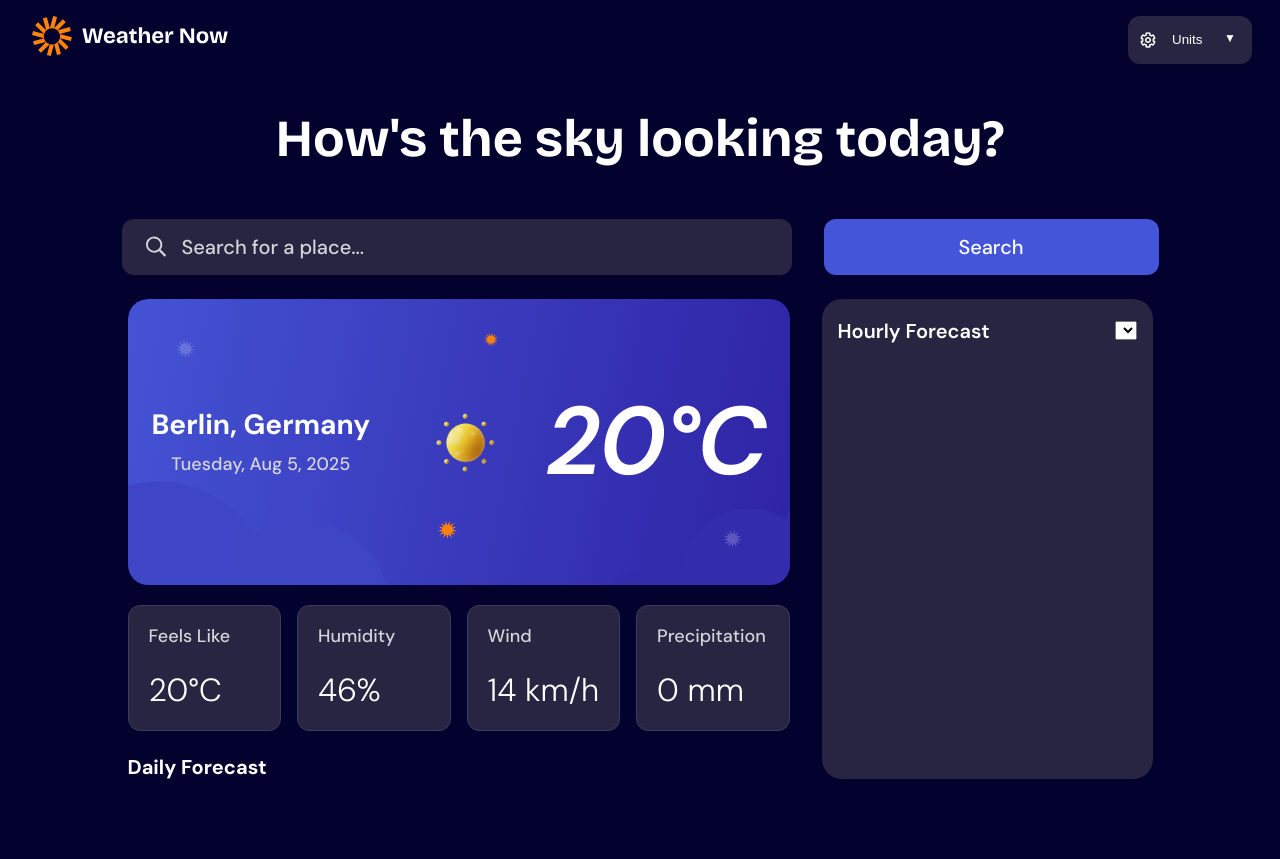
Repository: MKwaak/weather-app-main
Page: index.html
The author's editor kept a copy of each file at every save. The page is drawn from the files as they stood at one save, then again after the next save.
The browser window is 1280 px wide. The pictures show the whole page.
The page's requests for data from a server got no answer.

Above is the page before, as saved 2026-01-27 22:51:51.

### index.html
<!doctype html>
<html lang="en">
  <head>
    <meta charset="UTF-8" />
    <meta name="viewport" content="width=device-width, initial-scale=1.0" />
    <!-- displays site properly based on user's device -->

    <link
      rel="icon"
      type="image/png"
      sizes="32x32"
      href="/assets/images/favicon-32x32.png"
    />

    <title>Frontend Mentor | Weather app</title>
    <link rel="stylesheet" href="/style.css" />
    <script src="/script.js" defer></script>

    <!-- Feel free to remove these styles or customise in your own stylesheet 👍 -->
    <style>
      .attribution {
        font-size: 11px;
        text-align: center;
      }
      .attribution a {
        color: hsl(228, 45%, 44%);
      }
    </style>
  </head>
  <body>
    <a href="#main" class="skip-link visually-hidden">skip to main content</a>

    <header class="header wrapper">
      <div class="header__content">
        <a class="header__homelink" href="/">
          <img
            class="header__logo"
            src="/assets/images/logo.svg"
            alt="Weather Now Home"
            width="197"
            height="40"
          />
        </a>

        <div class="header__units">
          <label for="ddlUnits" class="visually-hidden"
            >Temperature units</label
          >

          <div class="header__select">
            <select class="header__dropdown" name="units" id="ddlUnits">
              <option value="">Units</option>
              <option value="C">Celsius</option>
              <option value="F">Fahrenheit</option>
            </select>
          </div>
        </div>
      </div>
    </header>

    <main id="main" class="main wrapper">
      <section class="hero">
        <div class="hero__content">
          <h1 class="hero__title">How's the sky looking today?</h1>

          <form class="hero__search">
            <label for="search" class="visually-hidden">Search Location</label>
            <input
              type="text"
              id="search"
              class="hero__textbox"
              placeholder="Search for a place..."
            />
            <button class="hero__button" type="submit">Search</button>
          </form>
        </div>
      </section>

      <div class="dashboard">
        <section class="current">
          <h2 class="visually-hidden">Current Location Temperature</h2>

          <div class="current__content">
            <div class="current__weather">
              <div class="current__location">
                <div id="divCityCountry" class="current__city">
                  Berlin, Germany
                </div>
                <div id="divCurrentDate" class="current__date">
                  Tuesday, Aug 5, 2025
                </div>
              </div>

              <div class="current__info">
                <img
                  class="current__icon"
                  src="/assets/images/icon-sunny.webp"
                  alt=""
                  width="320"
                  height="320"
                />
                <div id="divCurrentTemp" class="current__temp">
                  <span>20</span>°C
                </div>
              </div>
            </div>

            <div class="current__conditions">
              <div class="block current__condition">
                <p class="current__condition-title">Feels Like</p>
                <p id="feels-like" class="current__condition-value">20°C</p>
              </div>

              <div class="block current__condition">
                <p class="current__condition-title">Humidity</p>
                <p id="humidity" class="current__condition-value">46%</p>
              </div>

              <div class="block current__condition">
                <p class="current__condition-title">Wind</p>
                <p id="wind" class="current__condition-value">14 km/h</p>
              </div>

              <div class="block current__condition">
                <p class="current__condition-title">Precipitation</p>
                <p id="precipitation" class="current__condition-value">0 mm</p>
              </div>
            </div>
          </div>
        </section>

        <section class="daily">
          <h2 class="section__title daily__title">Daily Forecast</h2>
          <div class="daily__forecast" id="dailyForecast"></div>
        </section>

        <section class="hourly">
          <div class="hourly__content">
            <div class="hourly__header">
              <h2 class="section__title hourly__title">Hourly Forecast</h2>
              <label for="hourlyDay" class="visually-hidden">Select day</label>
              <select
                name="hourly-day"
                id="hourlyDay"
                class="hourly__timeframe-select"
              >
                <!-- JS will inject current day -->
              </select>
            </div>

            <div class="hourly__hours" id="hourlyForecast">
              <!-- JS will inject hourly blocks here -->
            </div>
          </div>
        </section>
      </div>
    </main>
  </body>
</html>

### style.css
@layer global {
  /* dm-sans-300 - latin */
  @font-face {
    font-display: swap; /* Check https://developer.mozilla.org/en-US/docs/Web/CSS/@font-face/font-display for other options. */
    font-family: "DM Sans";
    font-style: normal;
    font-weight: 300;
    src: url("/assets/fonts/dm-sans-v17-latin-300.woff2") format("woff2"); /* Fixed path */
  }
  /* dm-sans-500 - latin */
  @font-face {
    font-display: swap; /* Check https://developer.mozilla.org/en-US/docs/Web/CSS/@font-face/font-display for other options. */
    font-family: "DM Sans";
    font-style: normal;
    font-weight: 500;
    src: url("/assets/fonts/dm-sans-v17-latin-500.woff2") format("woff2"); /* Fixed path */
  }
  /* dm-sans-600 - latin */
  @font-face {
    font-display: swap; /* Check https://developer.mozilla.org/en-US/docs/Web/CSS/@font-face/font-display for other options. */
    font-family: "DM Sans";
    font-style: normal;
    font-weight: 600;
    src: url("/assets/fonts/dm-sans-v17-latin-600.woff2") format("woff2"); /* Fixed path */
  }
  /* dm-sans-600italic - latin */
  @font-face {
    font-display: swap; /* Check https://developer.mozilla.org/en-US/docs/Web/CSS/@font-face/font-display for other options. */
    font-family: "DM Sans";
    font-style: italic;
    font-weight: 600;
    src: url("/assets/fonts/dm-sans-v17-latin-600italic.woff2") format("woff2"); /* Fixed path */
  }
  /* dm-sans-700 - latin */
  @font-face {
    font-display: swap; /* Check https://developer.mozilla.org/en-US/docs/Web/CSS/@font-face/font-display for other options. */
    font-family: "DM Sans";
    font-style: normal;
    font-weight: 700;
    src: url("/assets/fonts/dm-sans-v17-latin-700.woff2") format("woff2"); /* Fixed path */
  }

  /* bricolage-grotesque-regular - latin */
  @font-face {
    font-display: swap; /* Check https://developer.mozilla.org/en-US/docs/Web/CSS/@font-face/font-display for other options. */
    font-family: "Bricolage Grotesque";
    font-style: normal;
    font-weight: 400;
    src: url("/assets/fonts/bricolage-grotesque-v9-latin-regular.woff2")
      format("woff2"); /* Fixed path */
  }
  /* bricolage-grotesque-700 - latin */
  @font-face {
    font-display: swap; /* Check https://developer.mozilla.org/en-US/docs/Web/CSS/@font-face/font-display for other options. */
    font-family: "Bricolage Grotesque";
    font-style: normal;
    font-weight: 700;
    src: url("/assets/fonts/bricolage-grotesque-v9-latin-700.woff2")
      format("woff2"); /* Fixed path */
  }

  :root {
    --c-neutral-900: hsl(243, 96%, 9%);
    --c-neutral-800: hsl(243, 27%, 20%);
    --c-neutral-700: hsl(243, 23%, 24%);
    --c-neutral-600: hsl(243, 23%, 30%);
    --c-neutral-300: hsl(240, 6%, 70%);
    --c-neutral-200: hsl(250, 6%, 84%);
    --c-neutral-0: hsl(0, 0%, 100%);
    --c-orange-500: hsl(28, 100%, 52%);
    --c-blue-500: hsl(233, 67%, 56%);
    --c-blue-700: hsl(248, 70%, 36%);

    --color-main-bg: var(--c-neutral-900);
    --color-panel-bg-dark: var(--c-neutral-800);
    --color-panel-bg-dark-hover: var(--c-neutral-700);
    --color-panel-bg-medium: var(--c-neutral-700);
    --color-panel-bg-light: var(--c-neutral-600);
    --color-panel-border: var(--c-neutral-600);
    --color-text-light: var(--c-neutral-0);
    --color-text-med-light: var(--c-neutral-200);
    --color-button-bg: var(--c-blue-500);
    --color-button-bg-hover: var(--c-blue-700);

    --fs-96: calc(96 / 16 * 1rem);
    --fs-52: calc(52 / 16 * 1rem);
    --fs-32: calc(32 / 16 * 1rem);
    --fs-28: calc(28 / 16 * 1rem);
    --fs-20: calc(20 / 16 * 1rem);
    --fs-18: calc(18 / 16 * 1rem);
    --fs-16: calc(16 / 16 * 1rem);
    --fs-14: calc(14 / 16 * 1rem);

    --font-size-h1: var(--fs-52);
    --font-size-dropdown: var(--fs-14);
    --font-size-search: var(--fs-20);
    --font-size-city: var(--fs-28);
    --font-size-date: var(--fs-18);
    --font-size-temp: var(--fs-96);
    --font-size-panel-title: var(--fs-18);
    --font-size-panel-value: var(--fs-32);
    --font-size-forecast-title: var(--fs-20);
    --font-size-forecast-day: var(--fs-18);
    --font-size-forecast-temp: var(--fs-16);
    --font-size-forecast-dropdown: var(--fs-16);
    --font-size-forecast-hour: var(--fs-20);

    @media (width >= calc(700 / 16 * 1rem)) {
      --font-size-dropdown: var(--fs-16);
    }

    --color-white: hsl(0, 0%, 100%);
    --color-light-blue: hsl(223, 64%, 98%);
    --color-light-grayish-blue: hsl(223, 23%, 93%);
    --color-dark-grayish-blue: hsl(219, 14%, 63%);
    --color-very-dark-blue: hsl(218, 23%, 16%);
    --font-family-primary: "DM Sans", sans-serif; /* Removed duplicate */
    --font-family-secondary:
      "Bricolage Grotesque", sans-serif; /* Removed duplicate */
  }

  *,
  *::before,
  *::after {
    box-sizing: border-box;
  }
  * {
    margin: 0;
  }

  img {
    max-width: 100%;
  }

  body {
    font-family: "DM Sans", Arial, Helvetica, sans-serif;
    font-weight: 500;
    background-color: var(--color-main-bg);
    color: var(--color-text-light);
    line-height: 1.2;
    padding-block-end: 80px;
  }

  h1 {
    font-family: "Bricolage Grotesque", Arial, Helvetica, sans-serif;
  }

  input,
  button,
  textarea {
    font: inherit;
    width: 100%;
    border: none;
  }

  .wrapper {
    display: grid;
    grid-template-columns: 1fr calc(100% - 32px) 1fr;

    @media (width >= calc(700 / 16 * 1rem)) {
      grid-template-columns:
        1fr min(calc(100% - 48px), calc(1216 / 16 * 1rem))
        1fr; /* Fixed placeholder */
    }

    > * {
      grid-column: 2;
    }
  } /* Added missing closing brace for @layer global */

  .visually-hidden {
    position: absolute;
    left: -10000px;
    top: auto;
    width: 1px;
    height: 1px;
    overflow: hidden;
  }

  .main {
    width: 100%;
    max-width: 1280px; /* pick a number and stick to it */
    margin-inline: auto;
    padding-inline: 24px;
  }

  .dashboard {
    display: grid;
    gap: 32px;
    grid-template-areas:
      "current"
      "daily"
      "hourly";
    @media (width >= calc(1000 / 16 * 1rem )) {
      gap: 48px 32px;
      grid-template-columns: minmax(0, 2fr) minmax(0, 1fr);
      grid-template-areas:
        "current current hourly"
        "daily daily hourly";
    }
  }

  .block {
    background-color: var(--color-panel-bg-dark);
    border: 1px solid var(--color-panel-border);
    border-radius: 12px;
  }

  .visually-hidden {
    position: absolute !important;
    width: 1px;
    height: 1px;
    padding: 0;
    margin: -1px;
    overflow: hidden;
    clip: rect(0, 0, 0, 0);
    clip-path: inset(50%);
    white-space: nowrap;
    border: 0;
  }

  .skip-link:focus {
    position: absolute;
    left: 16px;
    right: 16px;
    width: auto;
    height: auto;
    margin: 0;
    clip-path: none;
    white-space: normal;
    background-color: var(--color-main-bg);
    color: var(--color-text-light);
    padding: 10px 14px;
    z-index: 1000;
  }
}

@layer component {
  .header {
    .header__content {
      display: flex;
      align-items: center;
      justify-content: space-between;
      padding-block-start: 16px;
    }

    .header__homelink {
    }
    .header__logo {
      width: calc(137 / 16 * 1rem);

      @media screen and (width >= calc(700 / 16 * 1rem)) {
        width: calc(197 / 16 * 1rem);
      }
    }

    .header__select {
      position: relative;
      width: 120px;
      height: 44px;
      overflow: visible; /* important for debugging */
    }

    .header__select::after {
      content: "▼";
      position: absolute;
      right: 12px;
      top: 50%;
      transform: translateY(-50%);
      font-size: 12px;
      color: white;
      pointer-events: none;
    }

    .header__dropdown {
      /*background-image: url("/assets/images/icon-units.svg"); This line is in HTML */
      appearance: none;
      -webkit-appearance: none;
      -moz-appearance: none;

      height: 48px;
      padding: 0 1rem 0 2.75rem;
      line-height: 48px;

      background-color: var(--color-panel-bg-dark);
      background-image: url("/assets/images/icon-units.svg");
      background-repeat: no-repeat;
      background-position: 0.75rem center;
      background-size: 16px;

      color: var(--color-text-light);
      border: none;
      border-radius: 12px;
      cursor: pointer;
    }
  }

  .hero {
    .hero__content {
      display: grid;
      justify-items: stretch; /* Dwingt kinderen om breedte te pakken */
      padding-block-start: 48px;
      width: 100%;
    }

    .hero__title {
      font-size: var(--font-size-h1);
      margin-block-end: 48px;
      text-align: center;
      line-height: 1.2;

      @media (width < calc(1000 / 16 * 1rem)) {
        max-width: 15ch;
      }
    }

    /* Hero search container */
    .hero__search {
      display: grid;
      grid-template-columns: 1fr;
      gap: 16px;

      /* MATCH DE DASHBOARD-LOGICA: */
      width: 100%;
      max-width: 1037px; /* Zorg dat dit exact gelijk is aan de max-width van je dashboard */
      margin-inline: auto; /* Dit centreert de balk, net zoals bij het dashboard */
      margin-block-end: 24px;

      @media (min-width: calc(1000 / 16 * 1rem)) {
        /* Gebruik exact dezelfde kolommen en gap als in je dashboard */
        grid-template-columns: 2fr 1fr;
        gap: 32px;
        align-items: center;
      }
    }

    /* Input box */
    .hero__textbox {
      appearance: none;
      -webkit-appearance: none;

      background-color: var(--color-panel-bg-dark);
      background-image: url("/assets/images/icon-search.svg");
      background-repeat: no-repeat;
      background-position: 24px center;
      color: var(--color-text-light);
      font-size: var(--font-size-search);
      padding: 16px 20px 16px 60px;
      border: none;
      border-radius: 12px;
      width: 100%; /* fill available space in grid */
      min-width: 0; /* allow shrinking in grid */
      box-sizing: border-box; /* include padding in width */
    }

    /* remove default focus outline */
    .hero__textbox:focus {
      outline: none;
    }

    /* accessible keyboard focus */
    .hero__textbox:focus-visible {
      box-shadow: 0 0 0 2px var(--color-panel-border);
    }

    /* placeholder text */
    .hero__textbox::placeholder {
      color: var(--color-text-med-light);
    }

    /* hover */
    .hero__textbox:hover {
      background-color: var(--color-panel-bg-dark-hover);
    }

    .hero__textbox:-webkit-autofill {
      -webkit-box-shadow: 0 0 0 1000px var(--color-panel-bg-dark) inset;
      -webkit-text-fill-color: var(--color-text-light);
    }

    /* Search button */
    .hero__button {
      background-color: var(--c-blue-500);
      border-radius: 12px;
      font-size: var(--font-size-search);
      color: var(--color-text-light);
      padding: 16px 24px; /* keep top/bottom padding */
      transition: background-color 120ms ease-in-out;
      height: 100%; /* match input height when side-by-side */
    }

    .hero__button:hover {
      /* Fixed nested selector */
      background-color: var(--color-button-bg-hover);
      cursor: pointer;
    }
  }

  .current {
    grid-area: current;

    .current__weather {
      display: flex;
      flex-direction: column;
      gap: 16px;
      margin-block-end: 20px;
      padding: 40px 24px;
      background-image: url(/assets/images/bg-today-small.svg);
      background-repeat: no-repeat;
      background-color: var(--c-blue-700);
      background-size: cover;
      background-position: center-bottom;
      border-radius: 20px;
      overflow: hidden;

      @media (width >= calc(700 / 16 * 1rem)) {
        flex-direction: row;
        justify-content: space-between;
        align-items: center;
        background-image: url(/assets/images/bg-today-large.svg);
        padding-block: 83px;
      }
    }

    .current__location {
      text-align: center;
    }

    .current__city {
      font-size: var(--font-size-city);
      font-weight: 700;
      margin-block-end: 12px;

      white-space: nowrap; /* Dwingt de naam op één regel */
      overflow: hidden; /* Verbergt wat buiten de bak steekt */
      text-overflow: ellipsis; /* Plakt automatisch '...' aan het eind als het te lang is */
    }

    .current__date {
      font-size: var(--font-size-date);
      color: var(--color-text-med-light);
    }

    .current__info {
      display: flex;
      align-items: center;
      gap: 20px;
    }

    .current__icon {
      width: 120px;
      height: auto;
    }

    .current__temp {
      font-size: var(--font-size-temp);
      line-height: 1;
      letter-spacing: -0.02em;
      font-weight: 600;
      font-style: italic;
    }

    .current__conditions {
      display: grid;
      grid-template-columns: repeat(2, 1fr);
      gap: 16px;

      @media (width >= calc(700 / 16 * 1rem)) {
        grid-template-columns: repeat(4, 1fr);
      }

      .current__condition {
        padding: 20px;
      }

      .current__condition-title {
        font-size: var(--font-size-panel-title);
        color: var(--color-text-med-light);
        margin-block-end: 24px;
      }

      .current__condition-value {
        font-size: var(--font-size-panel-value);
        font-weight: 300;
      }
    }
  }

  .daily {
    grid-area: daily;
  }

  .daily__title {
    font-size: var(--font-size-forecast-title);
  }

  .daily__forecast {
    display: grid;
    grid-template-columns: repeat(3, 1fr);
    gap: 16px;

    @media (width >= calc(700 / 16 * 1rem)) {
      grid-template-columns: repeat(7, 1fr);
    }
  }

  .daily__day {
    display: grid;
    justify-items: center;
    gap: 16px;
    padding: 16px 10px;
    text-align: center;
  }

  .daily__day-title {
    font-size: var(--font-size-forecast-day);
  }

  .daily__day-icon {
    width: 60px;
    height: auto;
  }

  .daily__day-temps {
    display: flex;
    justify-content: space-between;
    font-size: var(--font-size-forecast-temp);
    justify-self: stretch;
    /*width: 100%;*/
  }

  .daily__day-high {
  }

  .daily__day-low {
    color: var(--color-text-med-light);
  }
}

.hourly {
  grid-area: hourly;
  display: flex;
  flex-direction: column;
  height: 100%; /* 👈 allow full grid height */
  background-color: var(--color-panel-bg-dark);
  border-radius: 20px;
  padding: 20px 16px;
}

.hourly__header {
  display: flex;
  justify-content: space-between;
  align-items: center;
  margin-block-end: 16px;
}

.hourly__title {
  font-size: var(--font-size-forecast-title);
  font-weight: 600;
}

.hourly__select {
}

.hourly__select-day {
}

/* Hourly container */
.hourly__hours {
  flex: 1; /* fill remaining height of .hourly */
  display: flex;
  flex-direction: column; /* stack vertically */
  gap: 12px; /* spacing between hour blocks */
  overflow-y: auto; /* scroll if too many hours */
  padding-right: 4px; /* optional for scrollbar spacing */
}

/* Hourly blocks */
.hourly__hour {
  display: grid;
  grid-template-columns: auto 1fr auto; /* icon | time | temp */
  align-items: center;
  padding: 12px 16px; /* slightly bigger padding for height */
  background-color: var(--color-panel-bg-medium);
  border: 1px solid var(--color-panel-border);
  border-radius: 8px;

  flex: 1 1 0; /* 👈 make each hour block grow equally */
  min-height: 60px; /* optional, keeps them readable */
}

.hourly__hour-icon {
  width: 32px;
  height: 32px;
}

.hourly__hour-time {
  text-align: left;
}

.hourly__hour-temp {
  text-align: right;
}

/* Highlight current hour */
.hourly__hour.current {
  border: 2px solid var(--color-accent);
  background-color: var(--color-panel-bg-light);
}

/* Dashboard wrapper */
.dashboard {
  display: grid;
  row-gap: 24px; /* vertical spacing between panels */
  column-gap: 32px; /* horizontal spacing between columns */
  max-width: 1200px; /* ✅ keeps dashboard centered and not full-width */
  margin: 0 auto; /* center horizontally */
  grid-template-areas:
    "current"
    "daily"
    "hourly";
}

@media (width >= calc(1000 / 16 * 1rem)) {
  .dashboard {
    grid-template-columns: 2fr 1fr; /* left = daily/current, right = hourly */
    grid-template-areas:
      "current hourly"
      "daily   hourly";
  }
}
/* Debug outlines - remove these later
.hero__content {
  outline: 2px solid red !important;
}
.hero__search {
  outline: 2px solid lime !important;
}
.dashboard {
  outline: 2px solid cyan !important;
}
  */

Loaded but not shown: script.js (391 lines, source omitted)

After the next save:
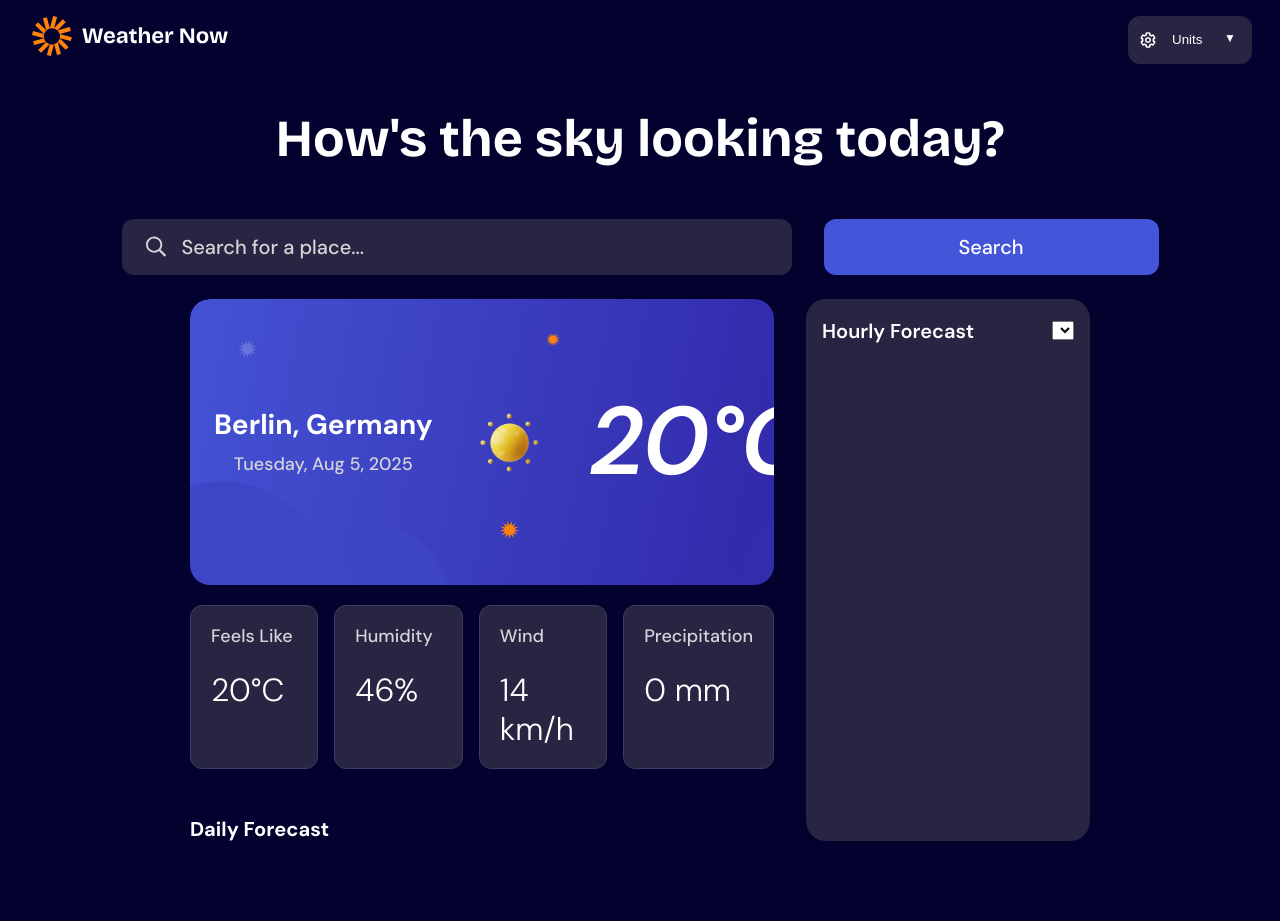
Saved 7 min 3 s later.
--- a/style.css
+++ b/style.css
@@ -623,7 +623,11 @@
 
 @media (width >= calc(1000 / 16 * 1rem)) {
   .dashboard {
-    grid-template-columns: 2fr 1fr; /* left = daily/current, right = hourly */
+    gap: 48px 32px;
+    /* Gebruik exact 66.6% en 33.3% in plaats van fr om elke flexibiliteit te doden */
+    grid-template-columns: calc(66.666% - 16px) calc(33.333% - 16px);
+    /* OF, als je bij fr wilt blijven, dwing de minimum breedte op 0: */
+    /* grid-template-columns: minmax(0, 2fr) minmax(0, 1fr); */
     grid-template-areas:
       "current hourly"
       "daily   hourly";
